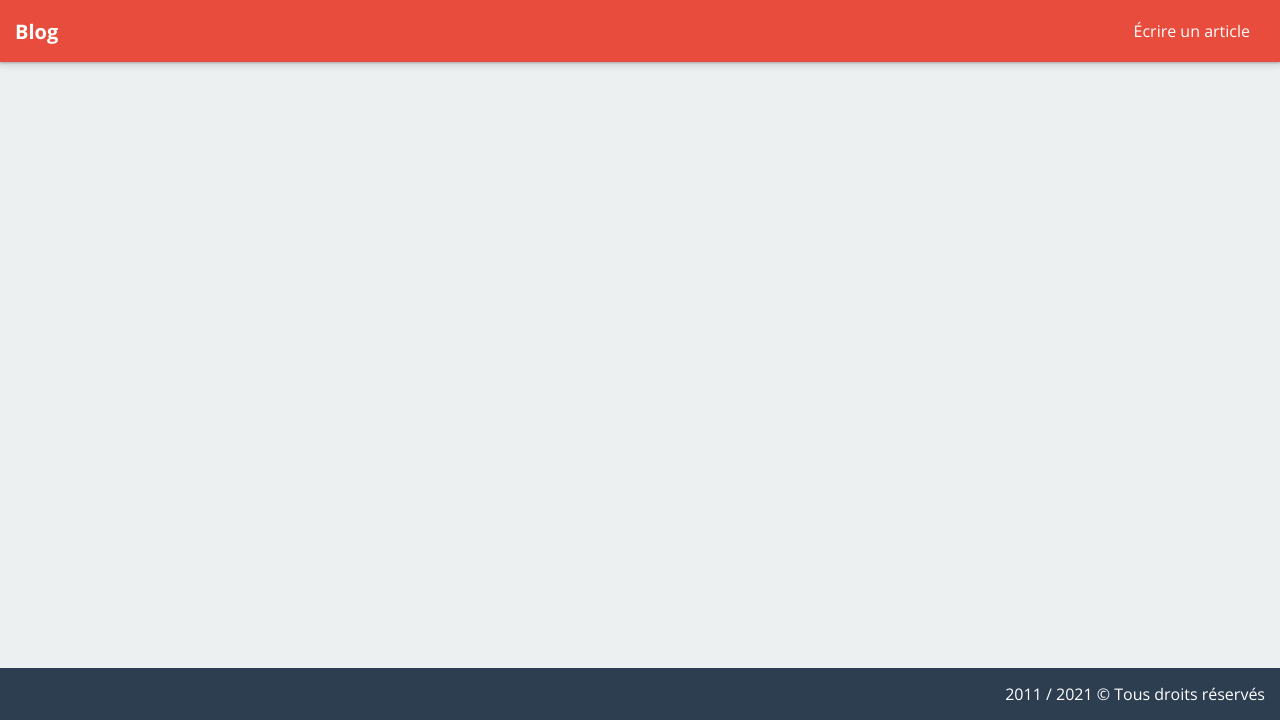
Repository: Yannis699/Projet_blog
Page: http://localhost/add-article.php
The author's editor kept a copy of each file at every save. The page is drawn from the files as they stood at one save, then again after a run of saves.
The browser window is 1280 px wide. The pictures show the whole page.
The pointer rests on the first visible `.header-menu>li`.
The page is run by PHP 8.4 with error messages shown; the project is at /var/www/html/.

Above is the page before, as saved 2022-05-19 21:15:58.

After the next 4 saves:
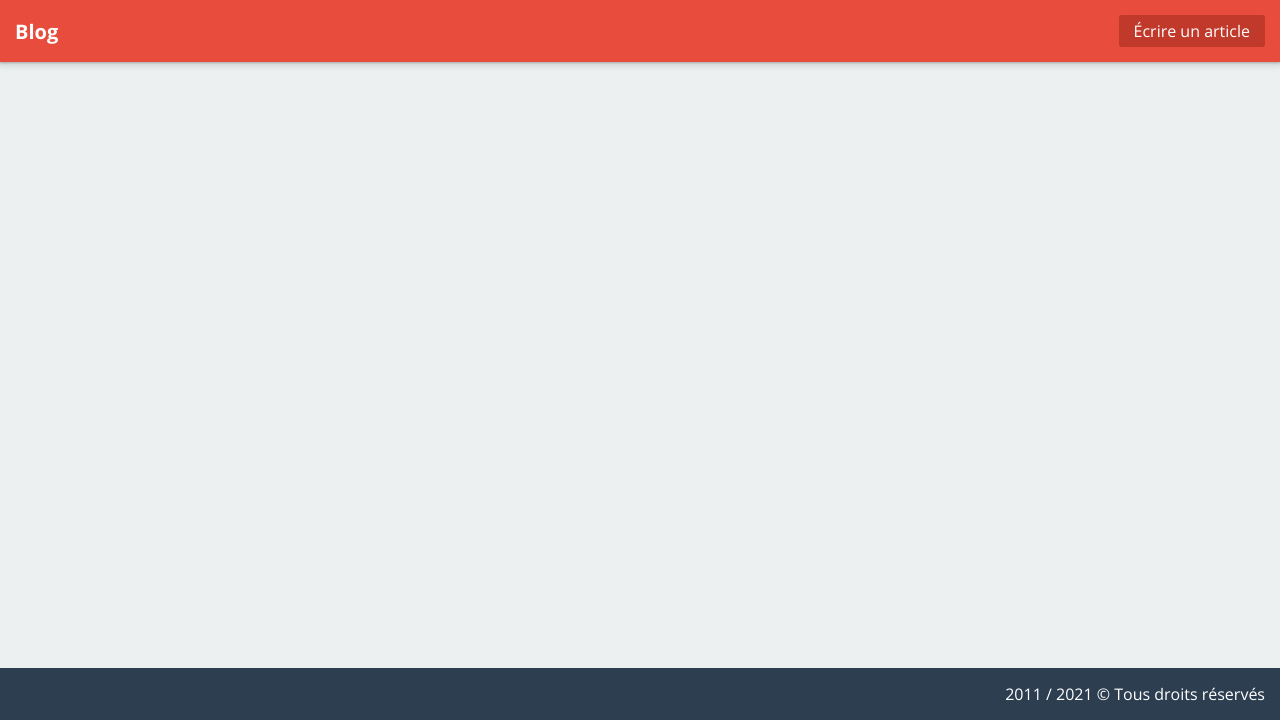
The 4 saves are shown as one change because they came seconds apart.
The last was saved 13 s later.
--- a/blog/public/css/style.css
+++ b/blog/public/css/style.css
@@ -123,7 +123,7 @@ header {
 }
 
 .header-menu>li:hover{
-background-color: pri
+background-color: var(--primary-dark);
 }
 
 .logo {
